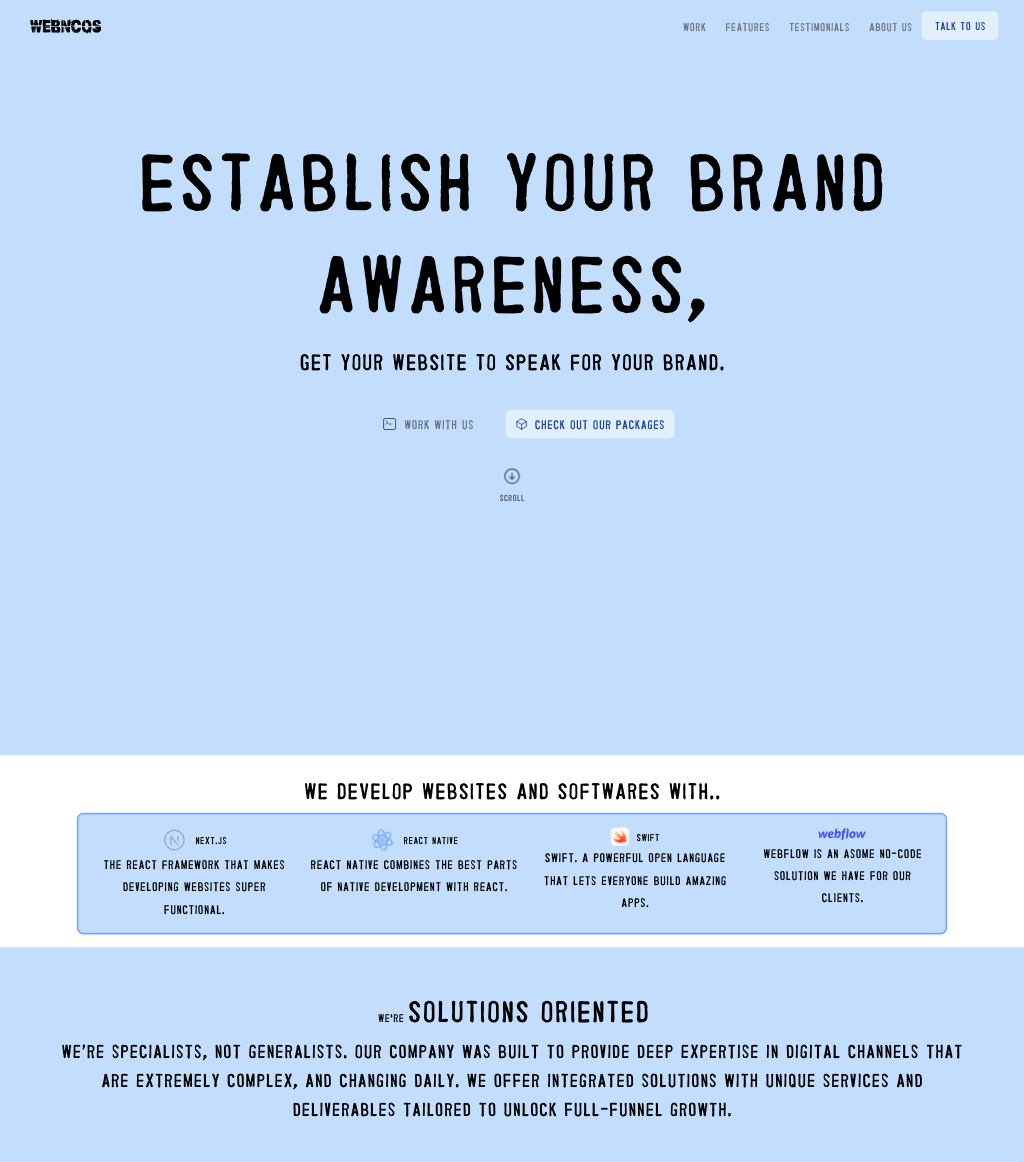
Repository: 1realjulius/webncos
Page: /
An editor plug-in stored every save of this project. The page is shown before and after the next save, followed by the edit.
The browser window is 1280 px wide. The pictures show the whole page, at 80% of full size.
The project was rebuilt for these pictures with package versions that can differ from the ones it lists, and the page was loaded fresh each time. The framework's server and built-in components were replaced by stand-ins that run in the browser. Also part of the build but not shown: next.config.js.

Above is the page before, as saved 2022-09-02 13:18:03.

After the next save:
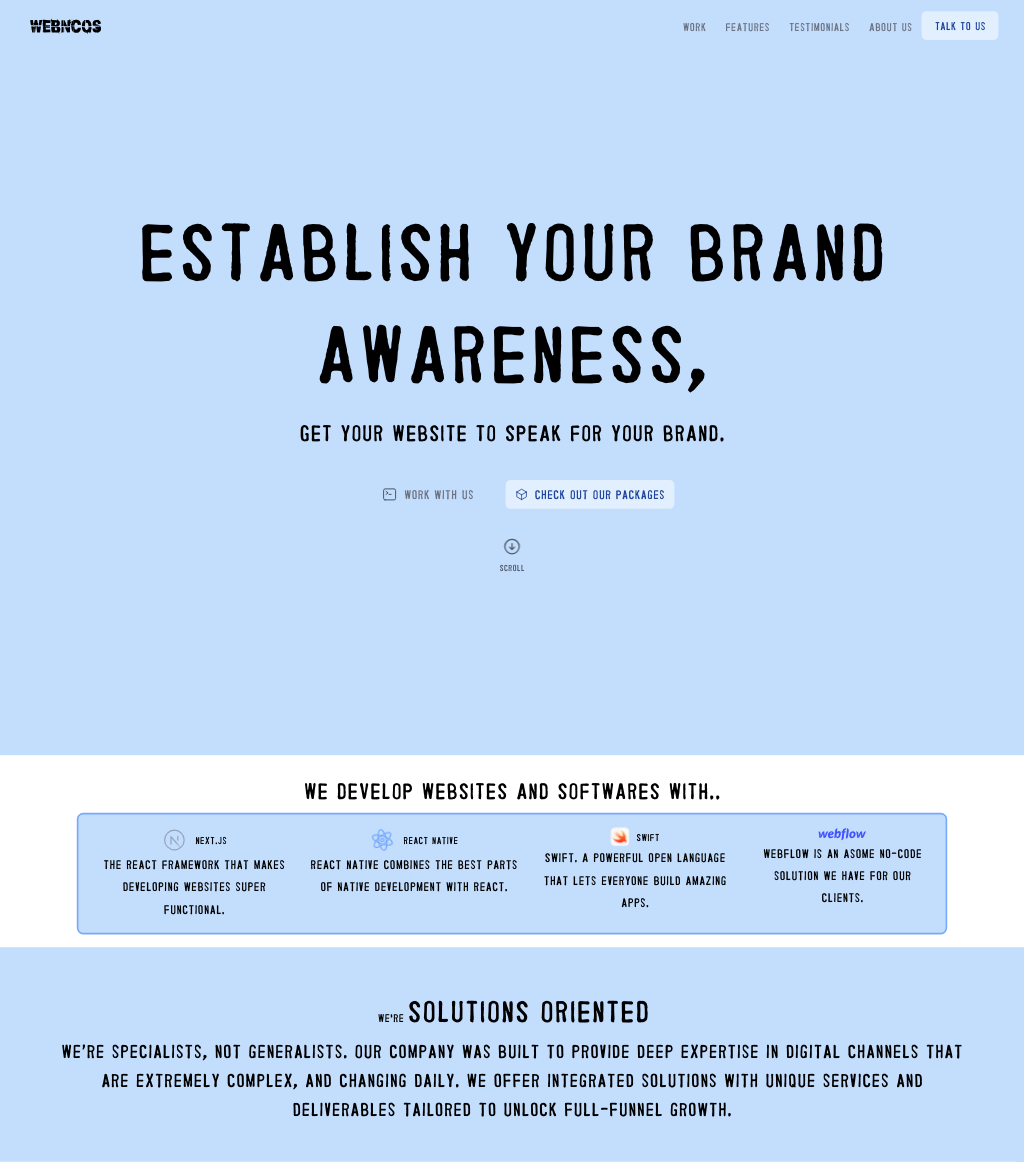
Saved 26 s later.
--- a/components/MainHome.tsx
+++ b/components/MainHome.tsx
@@ -8,7 +8,7 @@ const MainHome = () => {
   return (
     <div className="flex flex-col max-w-8xl">
       {/* header */}
-      <div className="md:my-20 min-h-screen">
+      <div className="md:my-20 min-h-screen items-center justify-center flex flex-col">
         <div className=" flex flex-col items-center justify-center">
           <div className="pt-4 pb-2">
             <h1 className="text-6xl md:text-9xl text-center font-parcel px-2">
